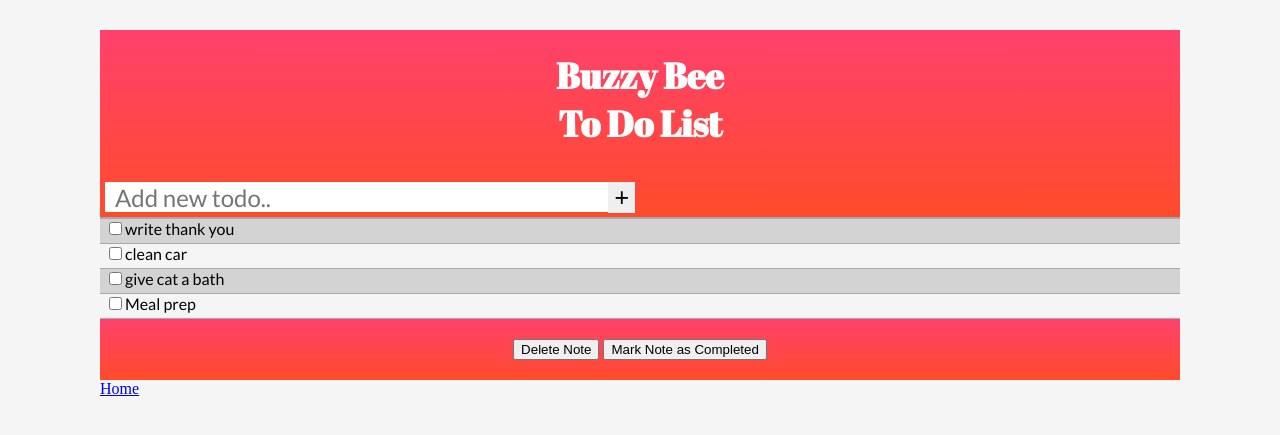
Repository: seleniadelgado/backend-spring2020-angie
Page: projects/todo/public_html/index.html
The author's editor kept a copy of each file at every save. The page is drawn from the files as they stood at one save, then again after the next save.
The browser window is 1280 px wide. The pictures show the whole page.
The page's requests for data from a server got no answer.

Above is the page before, as saved 2020-05-13 16:18:10.

After the next save:
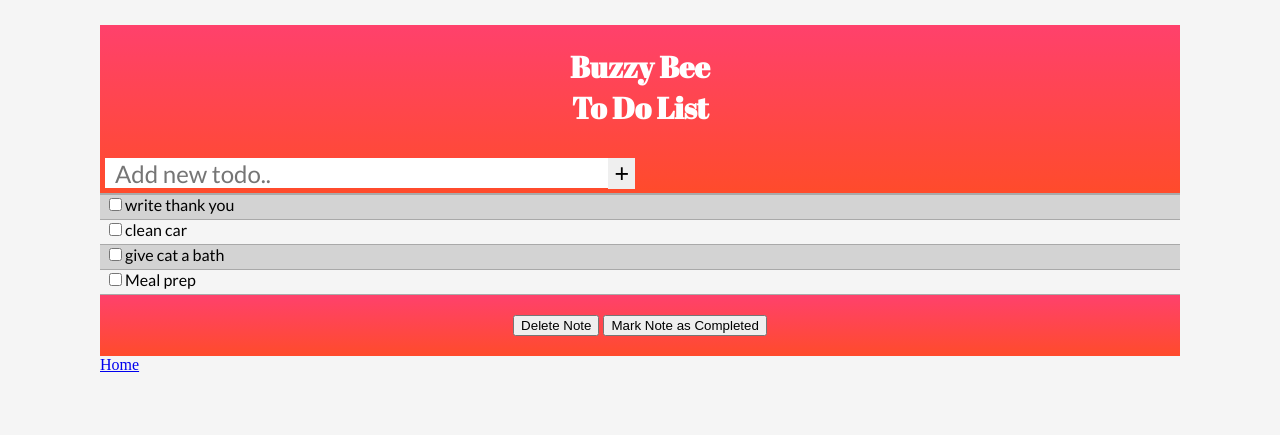
Saved 6 s later.
--- a/projects/todo/public_html/styles.css
+++ b/projects/todo/public_html/styles.css
@@ -3,7 +3,7 @@
     --background-color: whitesmoke;
     --title-font: 'Abril Fatface', cursive, sans-serif;
     --list-font: 'Lato', sans-serif;
-    --font-size-title: 24px;
+    --font-size-title: 20px;
     --font-size-list-item: 36px;
 }
 
